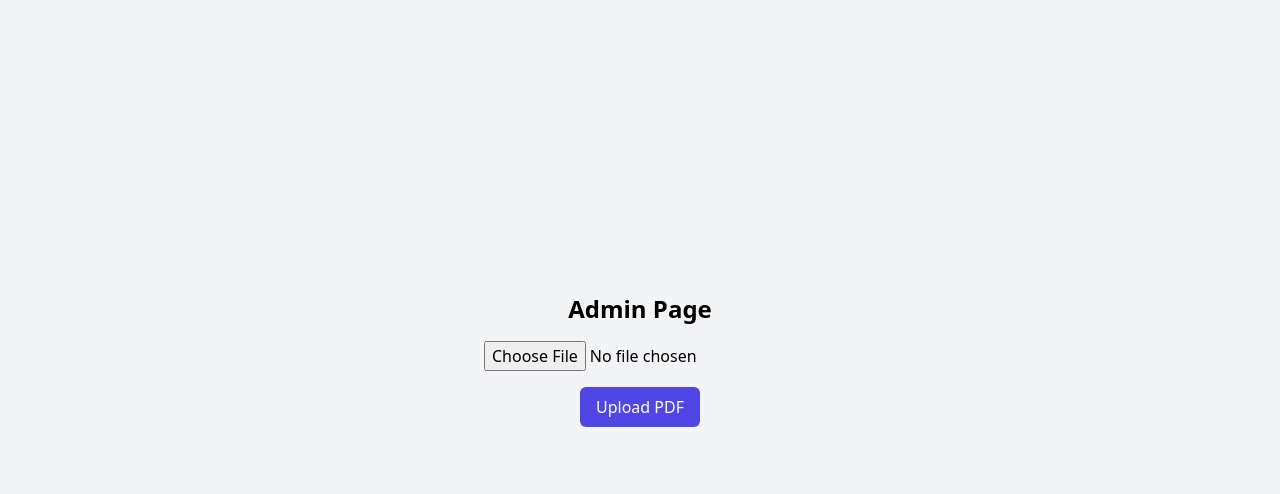
Repository: HackRx50/PS6-3k1P
Page: /admin (app in frontend/)
An editor plug-in stored every save of this project. The page is shown before and after the next save, followed by the edit.
The browser window is 1280 px wide. The pictures show the whole page.
The project was rebuilt for these pictures with package versions that can differ from the ones it lists, and the page was loaded fresh each time. Also part of the build but not shown: frontend/vite.config.js, frontend/src/pages/User.jsx, frontend/src/components/Navbar.jsx, frontend/src/App.jsx, frontend/src/pages/Quiz.jsx.

Above is the page before, as saved 2024-09-19 23:28:47.

### frontend/src/main.jsx
import React from 'react';
import ReactDOM from 'react-dom/client';
import { BrowserRouter as Router, Routes, Route } from 'react-router-dom';
import './index.css';
import User from './pages/user';
import Admin from './pages/Admin';
import App from './App';
import Quiz from './pages/Quiz';

const root = ReactDOM.createRoot(document.getElementById('root'));
root.render(
  <React.StrictMode>
    <Router>
      <Routes>
          <Route path='/' element={<App/>}/>
          <Route path='/quiz' element={<Quiz/>}/>
          <Route path="/user" element={<User />} />
          <Route path="/admin" element={<Admin />} />
      </Routes>
    </Router>
  </React.StrictMode>
);

### frontend/src/pages/Admin.jsx
import React, { useState } from 'react';
import axios from 'axios';

function Admin() {
  const [selectedFile, setSelectedFile] = useState(null);
  const [uploadStatus, setUploadStatus] = useState('');

  const handleFileChange = (e) => {
    setSelectedFile(e.target.files[0]);
  };

  const handleUpload = async () => {
    if (!selectedFile) {
      setUploadStatus('Please select a PDF file.');
      return;
    }

    const formData = new FormData();
    formData.append('pdf', selectedFile);

    try {
      const response = await axios.post(import.meta.env.VITE_BACKEND_URL + '/upload_pdf', formData, {
        headers: {
          'Content-Type': 'multipart/form-data',
        },
      });

      if (response.status === 200) {
        setUploadStatus('PDF uploaded successfully!');
      }
    } catch (error) {
      setUploadStatus('Error uploading PDF. Please try again.');
    }
  };

  return (
    <div className="min-h-screen flex flex-col items-center justify-center bg-gray-100 p-6">
      <h1 className="text-2xl font-bold mb-4">Admin Page</h1>

      <div className="mb-4">
        <input type="file" accept="application/pdf" onChange={handleFileChange} />
      </div>

      <button
        onClick={handleUpload}
        className="px-4 py-2 bg-indigo-600 text-white rounded-md"
      >
        Upload PDF
      </button>

      {uploadStatus && <p className="mt-4">{uploadStatus}</p>}
    </div>
  );
}

export default Admin;

Loaded but not shown: frontend/index.html (common file); frontend/src/index.css (common file); frontend/tailwind.config.js (common file)

After the next save:
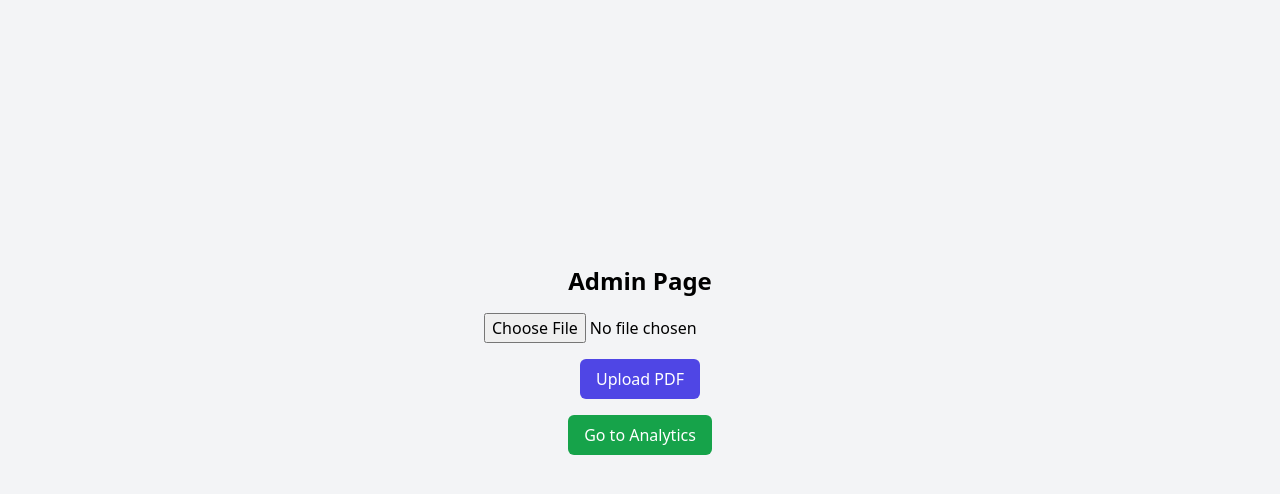
Saved 7 min 35 s later.
--- a/frontend/src/pages/Admin.jsx
+++ b/frontend/src/pages/Admin.jsx
@@ -33,6 +33,10 @@ function Admin() {
     }
   };
 
+  const navigateToAnalytics = () => {
+    window.location.href = '/analytics';
+  };
+
   return (
     <div className="min-h-screen flex flex-col items-center justify-center bg-gray-100 p-6">
       <h1 className="text-2xl font-bold mb-4">Admin Page</h1>
@@ -43,9 +47,16 @@ function Admin() {
 
       <button
         onClick={handleUpload}
-        className="px-4 py-2 bg-indigo-600 text-white rounded-md"
+        className="px-4 py-2 bg-indigo-600 text-white rounded-md mb-4"
       >
         Upload PDF
+      </button>
+
+      <button
+        onClick={navigateToAnalytics}
+        className="px-4 py-2 bg-green-600 text-white rounded-md"
+      >
+        Go to Analytics
       </button>
 
       {uploadStatus && <p className="mt-4">{uploadStatus}</p>}
